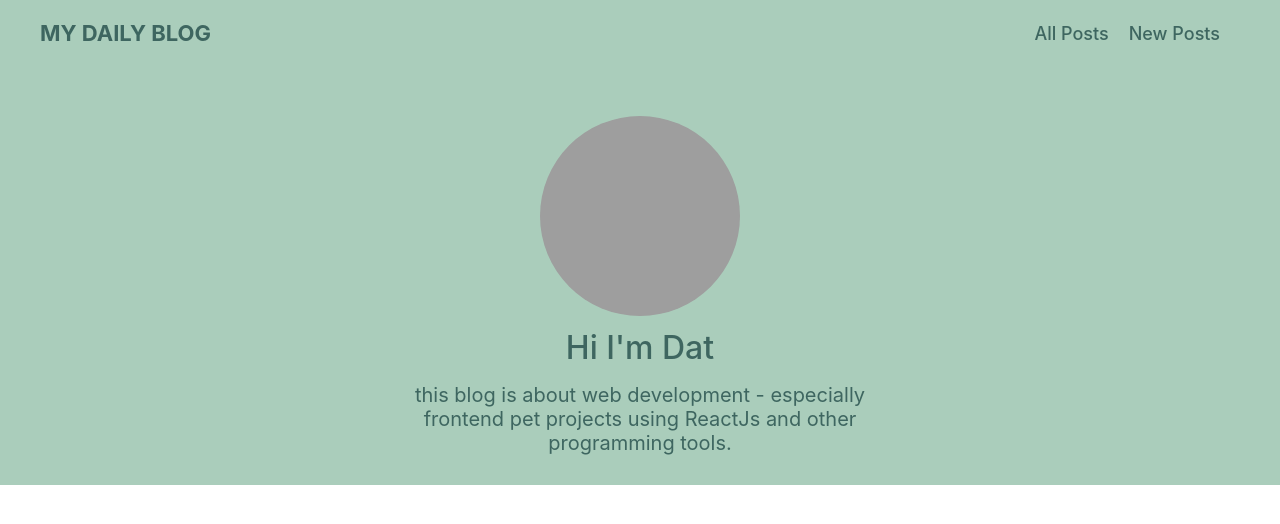
Repository: lyvandat/post-project-nextjs
Page: /
These files come from the project's save history. The page is drawn as it stood at one moment and after the next save; the edit follows.
The browser window is 1280 px wide. The pictures show the whole page.
Pictures or frames that could not be fetched are drawn as grey boxes. The project was rebuilt for these pictures with package versions that can differ from the ones it lists, and the page was loaded fresh each time. The framework's server and built-in components were replaced by stand-ins that run in the browser. Also part of the build but not shown: next.config.js.

Above is the page before, as saved 2022-09-25 11:13:43.

After the next save:
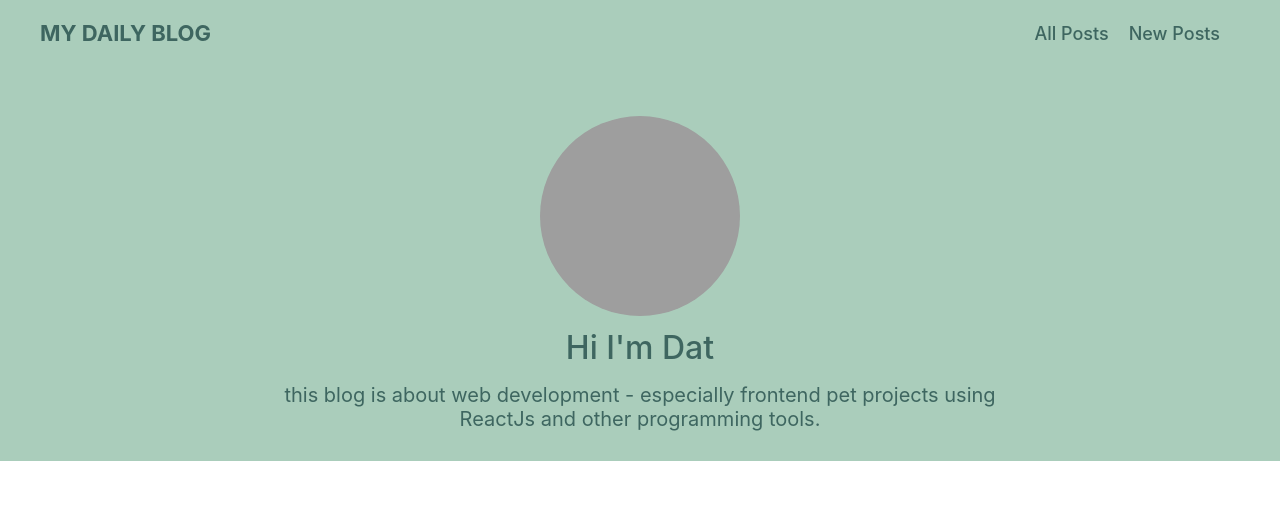
Saved 4 s later.
--- a/components/info/Info.module.css
+++ b/components/info/Info.module.css
@@ -25,6 +25,6 @@
 }
 
 .info p {
-  width: 40%;
+  width: 60%;
   font-size: 2rem;
 }
